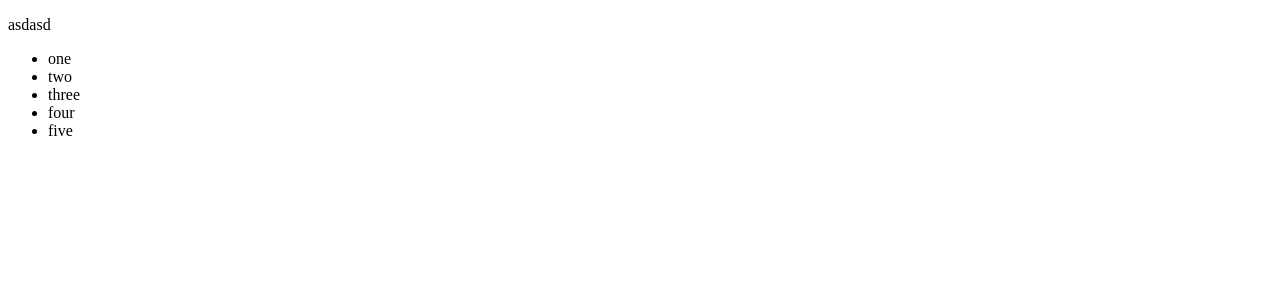
Repository: AndreyMykulych/javascript
Page: 7/index.html
The author's editor kept a copy of each file at every save. The page is drawn from the files as they stood at one save, then again after the next save.
The browser window is 1280 px wide. The pictures show the whole page.

Above is the page before, as saved 2023-04-15 16:08:28.
Console error: TypeError: divBody.appendChild is not a function

### 7/index.html
<!DOCTYPE html>
<html lang="en">
<head>
    <meta charset="UTF-8">
    <meta http-equiv="X-UA-Compatible" content="IE=edge">
    <meta name="viewport" content="width=device-width, initial-scale=1.0">
    <title>Document</title>
    <script src="one.js"></script>
</head>
<body>
    <header id="headBlock">
<p> asdasd</p>
    </header>
    <nav id="navBlock">
<ul id="ulBlock">
    <li></li>
    <li></li>
    <li></li>
    <li></li>
    <li></li>
</ul>
    </nav>
    <footer id="footBlock">

    </footer>
</body>
</html>

### 7/one.js
window.onload = () => {
    //1)Створити html документ, в якому є теги header, footer, nav, ul список на 5 елементів li.


    //2) Отримати кожеш елемент з html документу в змінні.
    let header = document.getElementById('headBlock')
    console.log(header)
    let nav = document.getElementById('navBlock')
    console.log(nav)
    let footer = document.getElementById('footBlock')
    console.log(footer)
    let ul = document.getElementById('ulBlock')
    console.log(ul)


    //3) Створити змінну з массивом і заповнити всі li елементи данними з масиву.
    let array = ['one', 'two', 'three', ' four', 'five']

    let ulFn = (array) => {


        for (let i = 0; i < array.length; i++){
            let liElement = document.getElementsByTagName('li')
            liElement[i].append(array[i])
        }
    }
    ulFn(array)


    //4)Створіть функцію яка приймає массив обєктів і створює div з классом
    //product - list в якому є карторчки товару в вигляді діва з класом card  в середині інформація з обєкте
    let arr = [
        {
            name: 'Andrew'
        },
        {
            name : 'Bruce'
        },
        {
            name : 'Alex'
        }
    ]
let createFn = (array) => {
    let divElement = document.createElement('div')
        divElement.className = '.product-list'
        divElement.innerHTML = 'I`m DIV Element'

   const divBody = document.getElementsByTagName('body')
    divBody.appendChild(divElement)

    for (let i = 0; i < array.length; i++) {
        let divElementCard = document.createElement('div');
        divElementCard.className = '.card'
        divElementCard.innerHTML = array[i].name

        divElement.appendChild(divElementCard)
        console.log(divElement)
    }
  }
   createFn(arr)
}

After the next save:
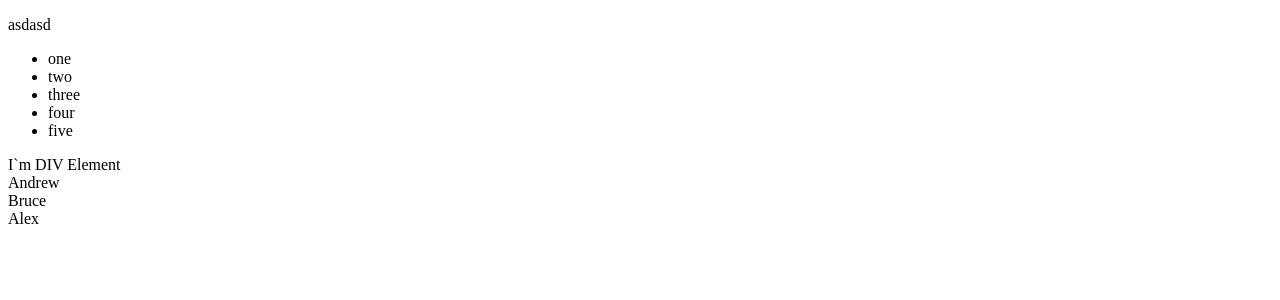
The error is gone.
Saved 119 s later.
--- a/7/one.js
+++ b/7/one.js
@@ -45,7 +45,7 @@ let createFn = (array) => {
         divElement.className = '.product-list'
         divElement.innerHTML = 'I`m DIV Element'
 
-   const divBody = document.getElementsByTagName('body')
+   const divBody = document.querySelector('body')
     divBody.appendChild(divElement)
 
     for (let i = 0; i < array.length; i++) {
